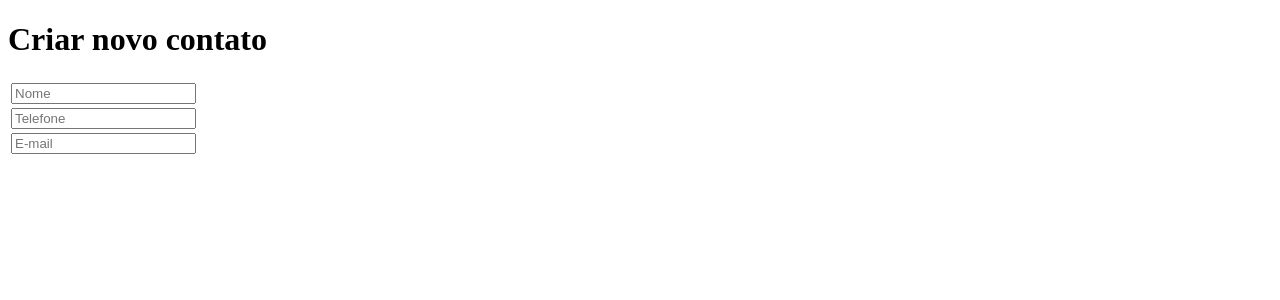
Repository: ricardolino-hub/agenda-dynamic-web-project
Page: Agenda/src/main/webapp/novo.html
These files come from the project's save history. The page is drawn as it stood at one moment and after the next save; the edit follows.
The browser window is 1280 px wide. The pictures show the whole page.

Above is the page before, as saved 2023-08-31 14:15:01.

After the next save:
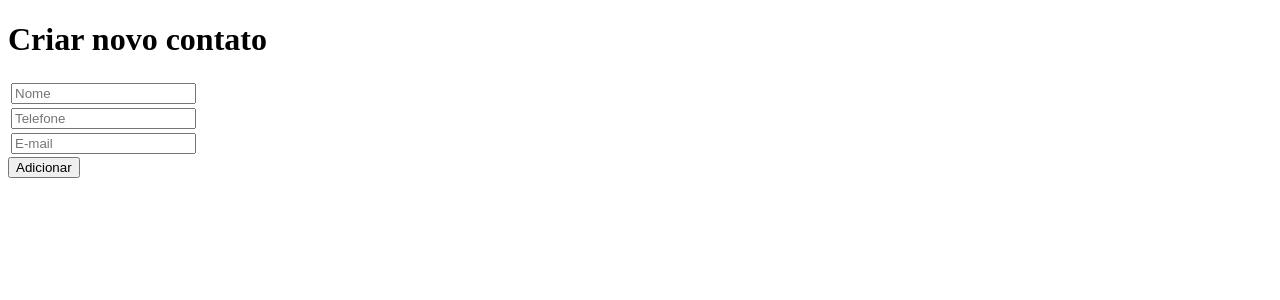
Saved 85 s later.
--- a/Agenda/src/main/webapp/novo.html
+++ b/Agenda/src/main/webapp/novo.html
@@ -18,6 +18,8 @@
 				<td><input type="text" name="email" placeholder="E-mail"></td>
 			</tr>
 		</table>
+
+		<input type="button"  value="Adicionar" class="button1">
 	</form>
 </body>
 </html>
